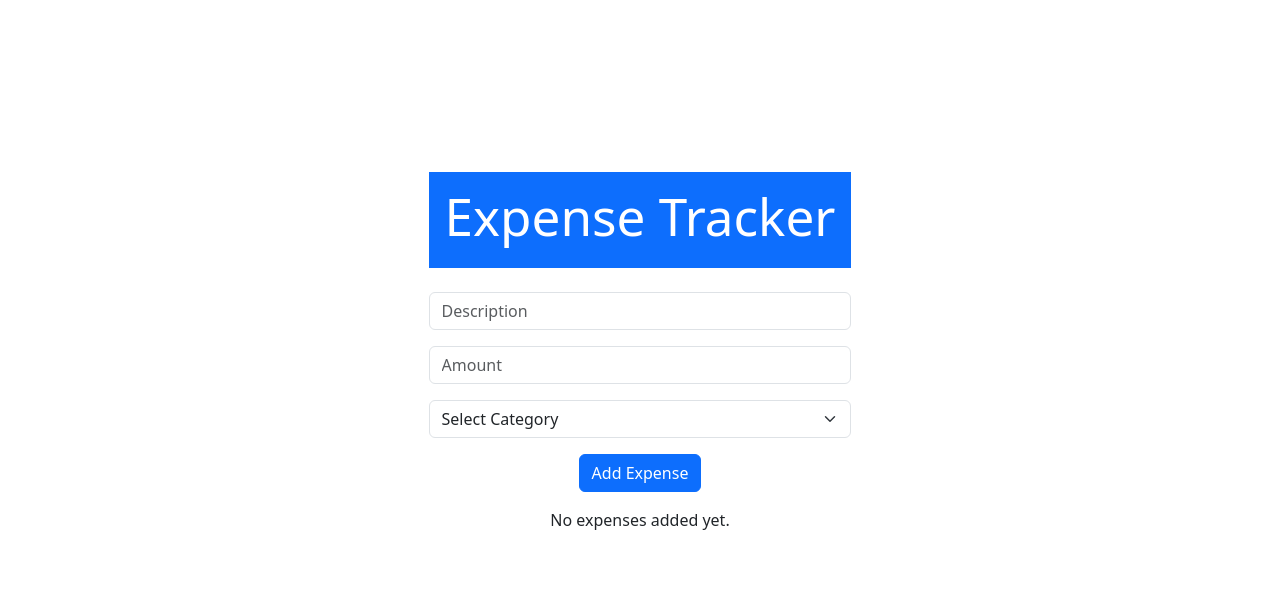
Repository: JuniorDevChris/ExpenseTracker
Page: / (app in frontend/)
These files come from the project's save history. The page is drawn as it stood at one moment and after the next save; the edit follows.
The browser window is 1280 px wide. The pictures show the whole page.
The page's requests for data from a server got no answer. The project was rebuilt for these pictures with package versions that can differ from the ones it lists, and the page was loaded fresh each time. No one was signed in, and anything a server would have sent is missing. Also part of the build but not shown: frontend/vite.config.js.

Above is the page before, as saved 2024-07-07 18:24:10.

After the next save:
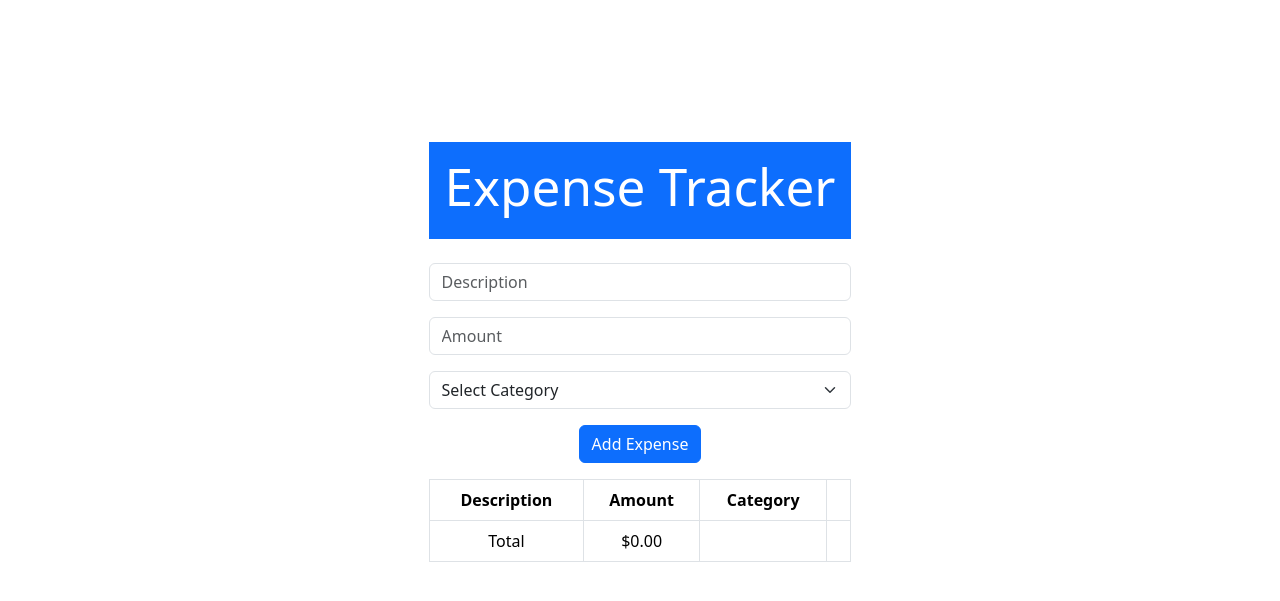
Saved 2 min 44 s later.
--- a/frontend/src/components/ExpenseList.jsx
+++ b/frontend/src/components/ExpenseList.jsx
@@ -1,26 +1,22 @@
 import React from 'react';
 
 const ExpenseList = ({ expenses, deleteExpense }) => {
-  if (expenses.length === 0) {
-    return <p className="text-center">No expenses added yet.</p>;
-  }
-
   return (
     <table className="table table-bordered">
       <thead>
         <tr>
-          <th>Category</th>
           <th>Description</th>
           <th>Amount</th>
+          <th>Category</th>
           <th></th>
         </tr>
       </thead>
       <tbody>
         {expenses.map((expense) => (
           <tr key={expense.id}>
+            <td>{expense.description}</td>
+            <td>${parseFloat(expense.amount).toFixed(2)}</td>
             <td>{expense.category}</td>
-            <td>{expense.description}</td>
-            <td>${expense.amount.toFixed(2)}</td>
             <td>
               <button
                 className="btn btn-outline-danger"
@@ -35,13 +31,13 @@ const ExpenseList = ({ expenses, deleteExpense }) => {
       <tfoot>
         <tr>
           <td>Total</td>
-          <td></td>
           <td>
             $
             {expenses
               .reduce((acc, expense) => acc + parseFloat(expense.amount), 0)
               .toFixed(2)}
           </td>
+          <td></td>
           <td></td>
         </tr>
       </tfoot>
